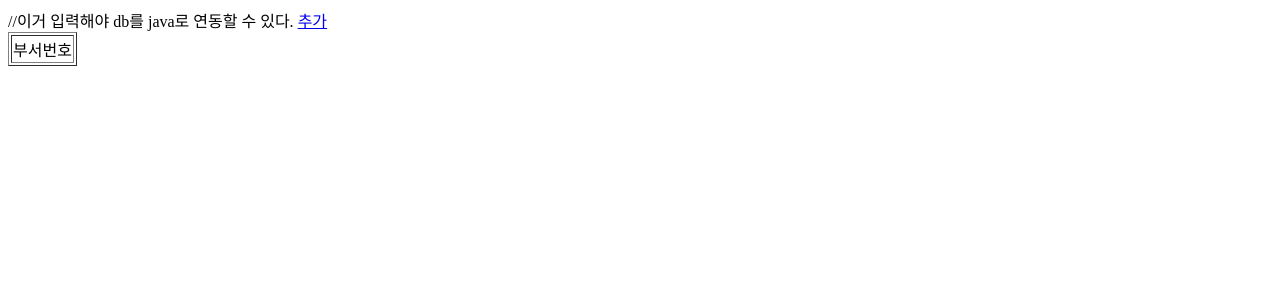
Repository: SuYOUNGgg/JavaStudy
Page: http://localhost/TestWeb13/list.jsp
An editor plug-in stored every save of this project. The page is shown before and after the next save, followed by the edit.
The browser window is 1280 px wide. The pictures show the whole page.
The page is served by Tomcat 9. Queries for data that is not in the repository find no rows.

Above is the page before, as saved 2020-05-19 06:26:45.

### JavaProgramming/~0520/TestWeb13/WebContent/list.jsp
<%@ page language="java" contentType="text/html; charset=UTF-8"
    pageEncoding="UTF-8"%>
<%@ page import="java.sql.*" %> //이거 입력해야 db를 java로 연동할 수 있다.
<%
	Class.forName("oracle.jdbc.driver.OracleDriver");
	String url ="jdbc:oracle:thin:@localhost:1521:company";
	Connection conn = DriverManager.getConnection(url, "scott", "1234");
	String strSql = "SELECT * FROM DEPT";
	PreparedStatement stmt = conn.prepareStatement(strSql);
	ResultSet rs = stmt.executeQuery();

%>
<!DOCTYPE html PUBLIC "-//W3C//DTD HTML 4.01 Transitional//EN" "http://www.w3.org/TR/html4/loose.dtd">
<html>
<head>
<meta http-equiv="Content-Type" content="text/html; charset=UTF-8">
<title>DEPT LIST</title>
</head>
<body>
	<a href="insert.jsp">추가</a>
	<table border="1">
	<tr>
		<td>부서번호</td>

	</tr>
	<%
	while(rs.next()) {

	%>
		<tr>
			<td><%=rs.getInt("DEPT_ID") %></td>
			<td><%=rs.getString("DEPT_NAME") %></td>
			<td><%=rs.getInt("LOC_ID") %></td>
		</tr>
	<% } %>
	</table>


</body>
</html>

After the next save:
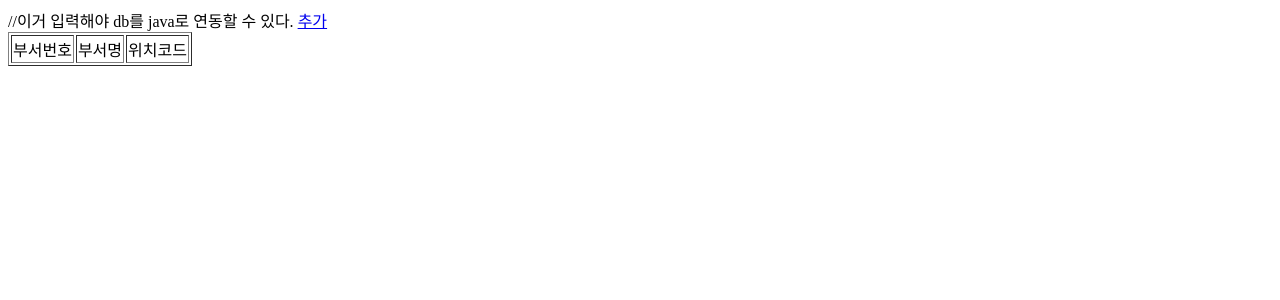
Saved 37 s later.
--- a/JavaProgramming/~0520/TestWeb13/WebContent/list.jsp
+++ b/JavaProgramming/~0520/TestWeb13/WebContent/list.jsp
@@ -21,7 +21,8 @@
 	<table border="1">
 	<tr>
 		<td>부서번호</td>
-
+		<td>부서명</td>
+		<td>위치코드</td>
 	</tr>
 	<%
 	while(rs.next()) {
